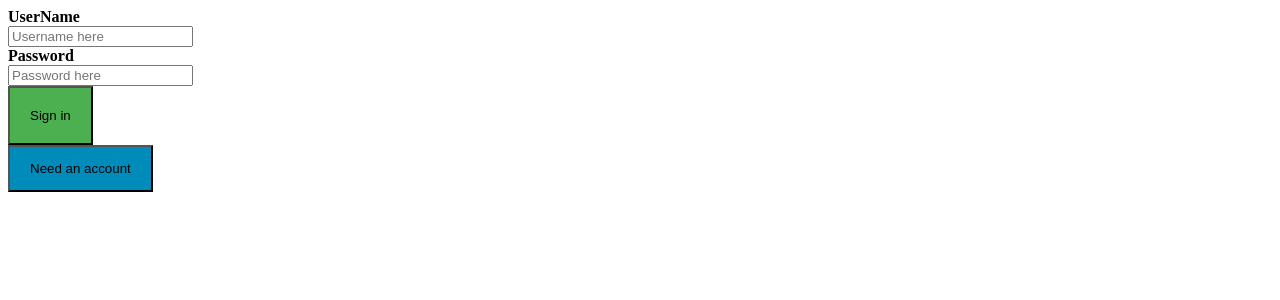
Repository: hamshini/demopro
Page: wippro/Application/WebContent/signin.html
An editor plug-in stored every save of this project. The page is shown before and after the next save, followed by the edit.
The browser window is 1280 px wide. The pictures show the whole page.

Above is the page before, as saved 2018-01-06 05:41:52.

After the next save:
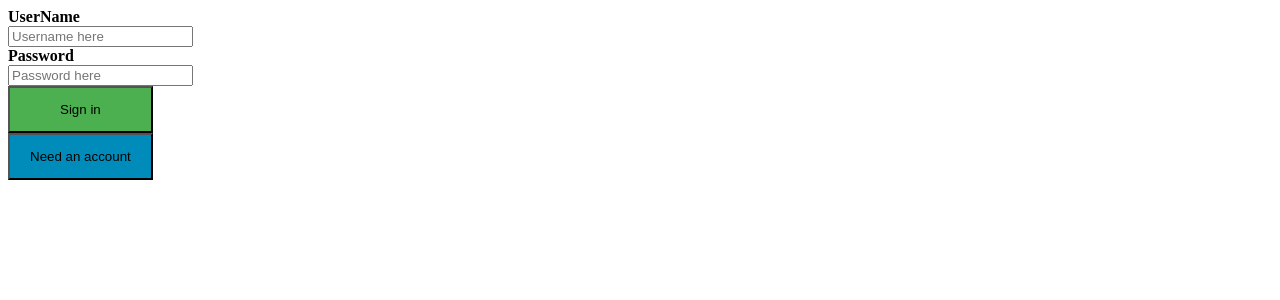
Saved 12 s later.
--- a/wippro/Application/WebContent/signin.html
+++ b/wippro/Application/WebContent/signin.html
@@ -10,7 +10,7 @@
     background-color: #008CBA;
 }
 .signinbtn{
- padding: 20px 20px;
+ padding: 14px 50px;
     background-color: #4CAF50;
 }
 </style>
